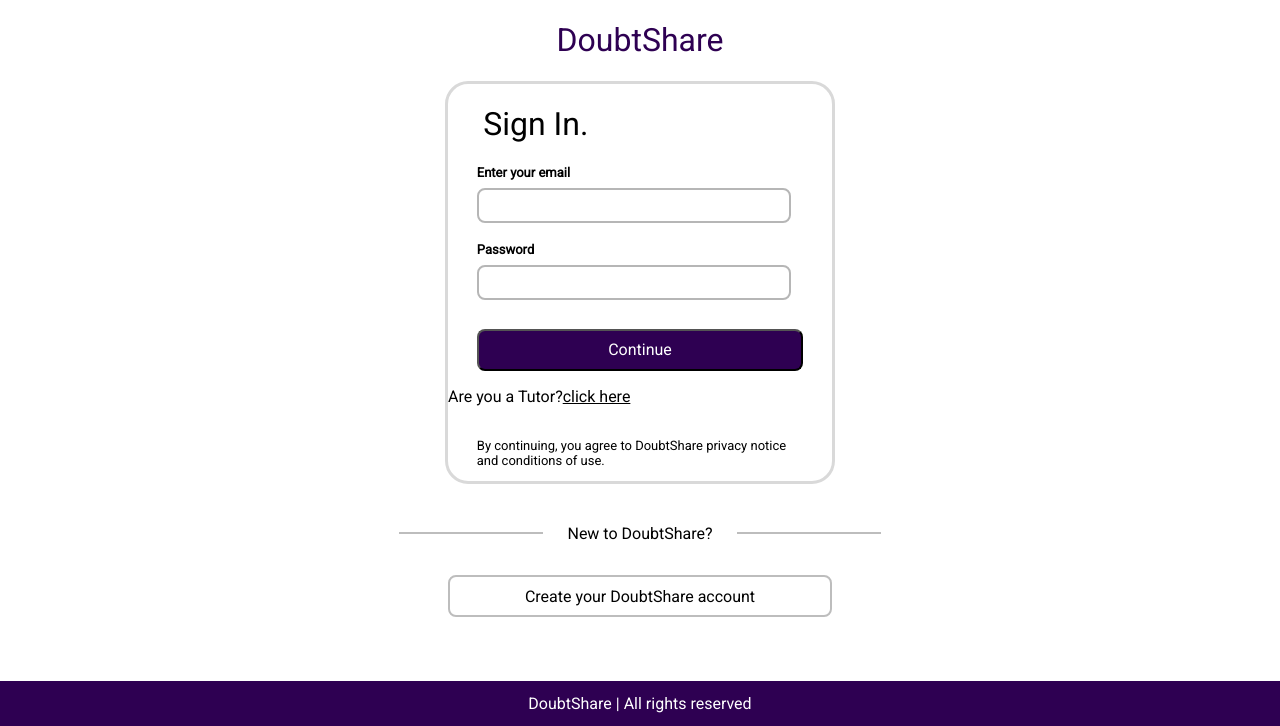
Repository: drumsmanku/doubtshare
Page: /login/student (app in frontend/)
The author's editor kept a copy of each file at every save. The page is drawn from the files as they stood at one save, then again after the next save.
The browser window is 1280 px wide. The pictures show the whole page.
The project was rebuilt for these pictures with package versions that can differ from the ones it lists, and the page was loaded fresh each time. Also part of the build but not shown: frontend/src/App.css, frontend/src/Components/Register/Register.js, frontend/src/Components/Dashboard/Dashboard.js, frontend/src/Components/LoginTutor/LoginTutor.js, frontend/src/Components/RegisterTutor/RegisterTutor.js.

Above is the page before, as saved 2023-12-30 11:59:44.

### frontend/src/App.js
import './App.css';
import { BrowserRouter as Router, Route, Routes} from 'react-router-dom';
import Register from './Components/Register/Register';
import Dashboard from './Components/Dashboard/Dashboard';
import Login from './Components/Login/Login';
import LoginTutor from './Components/LoginTutor/LoginTutor';
import RegisterTutor from './Components/RegisterTutor/RegisterTutor';

function App() {
  return (
    <div className="App">
      <Router>
        <Routes>
          <Route path='/' element={<Dashboard/>}/>
          <Route path='/register/student' element={<Register/>}/>
          <Route path='/login/student' element={<Login/>}/>
          <Route path='/login/tutor' element={<LoginTutor/>}/>
          <Route path='/register/tutor' element={<LoginTutor/>}/>
        </Routes>
      </Router>
    </div>
  );
}

export default App;

### frontend/src/Components/Login/Login.js
import React, { useState } from 'react';
import { useNavigate } from 'react-router-dom';
import axios from 'axios';
import styles from './Login.module.css';

const DivStyles={
  display: 'flex',
  flexDirection: 'column',
  marginBottom: '1.2rem',
  alignItems: 'flex-start',
  width: '85%',
}
const InputStyles={
  width: '90%',
  padding:'0.5rem 0.5rem 0.5rem 0.5rem',
  borderRadius: '8px',
  border:'2px solid #B6B6B6',
  marginTop: '0.5rem',
}

function Login() {
  const navigate = useNavigate();
  const [error, setError]=useState('');
  const [user, setUser] = useState({
    email: '',
    password: '',
  });

  const handleChange = e => {
    setUser({
      ...user,
      [e.target.name]: e.target.value
    });
  };
  const login = (event) => {
    event.preventDefault();
    axios.post('http://localhost:4000/login/student', user)
      .then(res => {
        localStorage.setItem('token', res.data.token);
        localStorage.setItem('user', res.data.name);
        const tokenData=localStorage.getItem('token')
        if(tokenData!=='undefined') {
          navigate('/')
        }
        else{
         setError('Invalid credentials');
        }


      })
      .catch(err => console.log(err));
  };
  return (
    <div className={styles.container}>
      <div className={styles.heading}>
        <h1 style={{fontWeight:'500'}}>DoubtShare</h1>
      </div>
      <h1 className={styles.welcomeText} >Welcome</h1>
      <div className={styles.mainBody}>
        <form className={styles.form}>

          <div className={styles.inputContainer}>
            <h1 className={styles.signInText}>Sign In. <span className={styles.alreadyCustomer}>Already a customer?</span></h1>


            <div style={DivStyles}>
              <label htmlFor="email" style={{fontWeight:600, fontSize:'small'}}>Enter your email </label>
              <input type="text" name="email" value={user.email} onChange={handleChange} style={InputStyles}/>
            </div>


            <div style={DivStyles}>
              <label htmlFor="password" style={{fontWeight:600, fontSize:'small'}}>Password</label>
              <input type="password" name="password" value={user.password} onChange={handleChange} style={InputStyles} />
            </div>
            <span style={{color:'red', fontSize:'small', marginBottom:'0.6rem'}}>
              {error}
            </span>

          </div>

          <div style={{width:'100%', display:'flex', justifyContent:'center'}}>
            <button className={styles.buttonStyles} type="submit" style={{ cursor:'pointer'}} onClick={login}>Continue</button>
          </div>

          <div style={{width:'80%', display:'flex', alignItems:'center', justifyContent:'flex-start'}}>
             <p>Are you a Tutor?</p>
             <u style={{ cursor:'pointer'}} onClick={()=>{navigate('/login/tutor')}}>click here</u>
          </div>


          <div style={{width:'100%', display:'flex', justifyContent:'center', marginTop:'1rem'}}>
            <p style={{width:'85%', textAlign:'left',fontSize:'small',  marginTop:0}}>By continuing, you agree to DoubtShare privacy notice and conditions of use.
            </p>
          </div>

        </form>
        <div style={{display:'flex', marginTop:'2.5rem'}}>
          <hr className={styles.wideLine} />
          <span className={styles.newToMusic} >New to DoubtShare?</span>
          <hr className={styles.wideLine} />
        </div>

        <button className={styles.notLoggedInButton}  onClick={()=>{navigate('/register/student')}}>Create your DoubtShare account</button>
      </div>


      <footer style={{ backgroundColor:'#2E0052', width:'100%', padding:'0.8rem 0 0.8rem 0', color:'white', textAlign:'center'}}>
          DoubtShare | All rights reserved
      </footer>
    </div>
  )
}

export default Login

### frontend/src/Components/Register/Register.module.css
@import url('https://fonts.googleapis.com/css2?family=DM+Sans&family=Roboto&display=swap');

body{
  font-family: 'Roboto';
}

.container{
  height: 100vh;
  width: 100%;
  display: flex;
  flex-direction: column;

  align-items: center;
  justify-content: space-between;
}

.form{
  display: flex;
  flex-direction: column;
  border: 3px solid #D9D9D9;
  border-radius: 23.2px;
  width: 30%;

}
.inputContainer{
  display: flex;
  align-items: center;
  flex-direction: column;
}

.buttonStyles{
  width: 85%;
  background-color: #2E0052;
  border-radius: 8px;
  color: white;
  padding: 0.6rem 0 0.6rem 0;
  font-family: 'Roboto';
  font-weight: 500;
  font-size: medium;
}

.welcomeText{
  display: none;
}

.heading{
  display: flex;
  align-items: center;
  font-family: 'Roboto';
  color: #2E0052;
  font-weight: 500;
}
@media (max-width: 768px){
  .heading{
    background-color: #2E0052;
    width: 100%;
    height: 8%;
    display: flex;
    padding-left: 2rem;
    align-items: center;
    color: white;
    font-size: small;
    font-weight: 400;
  }
  .form{
    width: 80%;
  }
  .notLoggedInButton{
    width: 80%;
  }
  .wideLine{
    width: 5rem;
  }
  .newToMusic{
    margin:0 1.5rem 0 1rem;
  }
  hr {
    width: 4rem;
  }
  .welcomeText {
    display: block;
    font-weight: 500;
    width: 80%;
    text-align: start;
  }
  .inputContainer>h1{
    font-size: medium;
    font-weight: 500;
    padding-left: 1.5rem;
  }
  .alreadyCustomer{
    font-weight: 400;
    display: inline-block;
  }
  footer{
    margin-top: 1rem;
  }
}

### frontend/src/Components/Login/Login.module.css
@import url('https://fonts.googleapis.com/css2?family=DM+Sans&family=Roboto&display=swap');

body{
  font-family: 'Roboto';
}

.container{
  height: 100vh;
  width: 100%;
  display: flex;
  flex-direction: column;
  justify-content: space-between;
  align-items: center;
}

.form{
  display: flex;
  flex-direction: column;
  border: 3px solid #D9D9D9;
  border-radius: 23.2px;
  width: 30%;

}
.inputContainer{
  display: flex;
  align-items: center;
  flex-direction: column;
}

.buttonStyles{
  width: 85%;
  background-color: #2E0052;
  border-radius: 8px;
  color: white;
  padding: 0.6rem 0 0.6rem 0;
  font-family: 'Roboto';
  font-weight: 500;
  font-size: medium;
}
.notLoggedInButton{
  width: 30%;
  background:none;
  border: 2px solid #BDBDBD;
  border-radius: 8px;
  color: black;
  padding: 0.6rem 0 0.6rem 0;
  font-family: 'Roboto';
  font-weight: 500;
  font-size: medium;
  margin-top: 2rem;
  cursor: pointer;
}
.heading{
  display: flex;
  align-items: center;
  font-family: 'Roboto';
  color: #2E0052;
  font-weight: 500;
}
.newToMusic{
  margin:0 1.5rem 0 1.5rem;
}
.wideLine {
  height: 2px;
  width: 9rem;
  background-color: #BDBDBD;
  border: none;
}

.welcomeText{
  display: none;
}
.signInText{
  align-self: flex-start;
  padding-left: 2.2rem;
  font-weight: 500;
}
.alreadyCustomer{

  display: none;
}

.mainBody{
  width: 100%;
  display: flex;
  flex-direction: column;
  align-items: center;
  margin-bottom: 4rem;
}

@media (max-width: 768px){
  .heading{
    background-color: #2E0052;
    width: 100%;
    height: 8%;
    display: flex;
    padding-left: 2rem;
    align-items: center;
    color: white;
    font-size: small;
    font-weight: 400;
  }
  .form{
    width: 80%;
  }
  .notLoggedInButton{
    width: 80%;
  }
  .wideLine{
    width: 5rem;
  }
  .newToMusic{
    margin:0 1.5rem 0 1rem;
  }
  .wideLine{
    width: 4rem;
  }
  .welcomeText {
    display: block;
    font-weight: 500;
    width: 80%;
    text-align: start;
  }
  .inputContainer>h1{
    font-size: medium;
    font-weight: 500;
    padding-left: 1.5rem;
  }
  .alreadyCustomer{
    font-weight: 400;
    display: inline-block;
  }
}

### frontend/src/Components/LoginTutor/LoginTutor.module.css
@import url('https://fonts.googleapis.com/css2?family=DM+Sans&family=Roboto&display=swap');

body{
  font-family: 'Roboto';
}

.container{
  height: 100vh;
  width: 100%;
  display: flex;
  flex-direction: column;
  justify-content: space-between;
  align-items: center;
}

.form{
  display: flex;
  flex-direction: column;
  border: 3px solid #D9D9D9;
  border-radius: 23.2px;
  width: 30%;

}
.inputContainer{
  display: flex;
  align-items: center;
  flex-direction: column;
}

.buttonStyles{
  width: 85%;
  background-color: #2E0052;
  border-radius: 8px;
  color: white;
  padding: 0.6rem 0 0.6rem 0;
  font-family: 'Roboto';
  font-weight: 500;
  font-size: medium;
}
.notLoggedInButton{
  width: 30%;
  background:none;
  border: 2px solid #BDBDBD;
  border-radius: 8px;
  color: black;
  padding: 0.6rem 0 0.6rem 0;
  font-family: 'Roboto';
  font-weight: 500;
  font-size: medium;
  margin-top: 2rem;
  cursor: pointer;
}
.heading{
  display: flex;
  align-items: center;
  font-family: 'Roboto';
  color: #2E0052;
  font-weight: 500;
}
.newToMusic{
  margin:0 1.5rem 0 1.5rem;
}
.wideLine {
  height: 2px;
  width: 9rem;
  background-color: #BDBDBD;
  border: none;
}

.welcomeText{
  display: none;
}
.signInText{
  align-self: flex-start;
  padding-left: 2.2rem;
  font-weight: 500;
}
.alreadyCustomer{

  display: none;
}

.mainBody{
  width: 100%;
  display: flex;
  flex-direction: column;
  align-items: center;
  margin-bottom: 4rem;
}

@media (max-width: 768px){
  .heading{
    background-color: #2E0052;
    width: 100%;
    height: 8%;
    display: flex;
    padding-left: 2rem;
    align-items: center;
    color: white;
    font-size: small;
    font-weight: 400;
  }
  .form{
    width: 80%;
  }
  .notLoggedInButton{
    width: 80%;
  }
  .wideLine{
    width: 5rem;
  }
  .newToMusic{
    margin:0 1.5rem 0 1rem;
  }
  .wideLine{
    width: 4rem;
  }
  .welcomeText {
    display: block;
    font-weight: 500;
    width: 80%;
    text-align: start;
  }
  .inputContainer>h1{
    font-size: medium;
    font-weight: 500;
    padding-left: 1.5rem;
  }
  .alreadyCustomer{
    font-weight: 400;
    display: inline-block;
  }
}

### frontend/src/Components/RegisterTutor/RegisterTutor.module.css
@import url('https://fonts.googleapis.com/css2?family=DM+Sans&family=Roboto&display=swap');

body{
  font-family: 'Roboto';
}

.container{
  height: 100vh;
  width: 100%;
  display: flex;
  flex-direction: column;

  align-items: center;
  justify-content: space-between;
}

.form{
  display: flex;
  flex-direction: column;
  border: 3px solid #D9D9D9;
  border-radius: 23.2px;
  width: 30%;

}
.inputContainer{
  display: flex;
  align-items: center;
  flex-direction: column;
}

.buttonStyles{
  width: 85%;
  background-color: #2E0052;
  border-radius: 8px;
  color: white;
  padding: 0.6rem 0 0.6rem 0;
  font-family: 'Roboto';
  font-weight: 500;
  font-size: medium;
}

.welcomeText{
  display: none;
}

.heading{
  display: flex;
  align-items: center;
  font-family: 'Roboto';
  color: #2E0052;
  font-weight: 500;
}
@media (max-width: 768px){
  .heading{
    background-color: #2E0052;
    width: 100%;
    height: 8%;
    display: flex;
    padding-left: 2rem;
    align-items: center;
    color: white;
    font-size: small;
    font-weight: 400;
  }
  .form{
    width: 80%;
  }
  .notLoggedInButton{
    width: 80%;
  }
  .wideLine{
    width: 5rem;
  }
  .newToMusic{
    margin:0 1.5rem 0 1rem;
  }
  hr {
    width: 4rem;
  }
  .welcomeText {
    display: block;
    font-weight: 500;
    width: 80%;
    text-align: start;
  }
  .inputContainer>h1{
    font-size: medium;
    font-weight: 500;
    padding-left: 1.5rem;
  }
  .alreadyCustomer{
    font-weight: 400;
    display: inline-block;
  }
  footer{
    margin-top: 1rem;
  }
}

Loaded but not shown: frontend/public/index.html (common file); frontend/src/index.js (common file); frontend/src/index.css (common file)

After the next save:
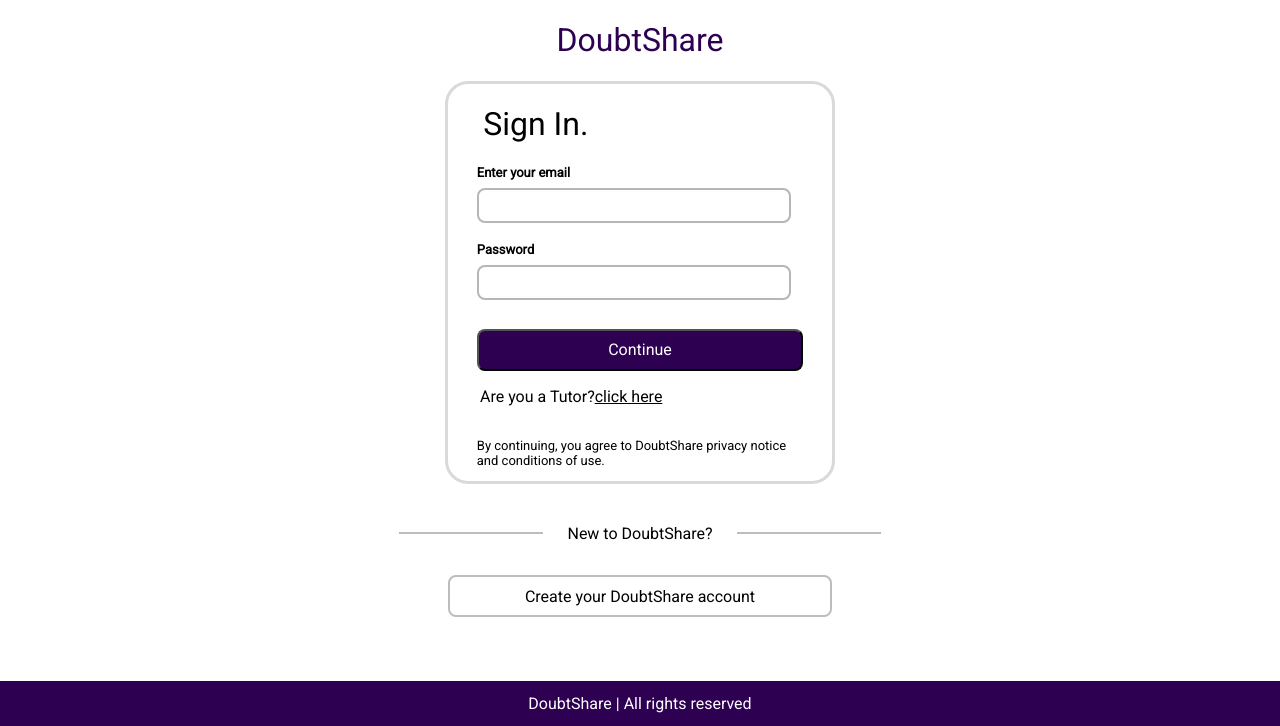
Saved 21 s later.
--- a/frontend/src/Components/Login/Login.js
+++ b/frontend/src/Components/Login/Login.js
@@ -83,7 +83,7 @@ function Login() {
             <button className={styles.buttonStyles} type="submit" style={{ cursor:'pointer'}} onClick={login}>Continue</button>
           </div>
 
-          <div style={{width:'80%', display:'flex', alignItems:'center', justifyContent:'flex-start'}}>
+          <div style={{width:'100%', display:'flex', alignItems:'center', paddingLeft:'2rem'}}>
              <p>Are you a Tutor?</p>
              <u style={{ cursor:'pointer'}} onClick={()=>{navigate('/login/tutor')}}>click here</u>
           </div>
